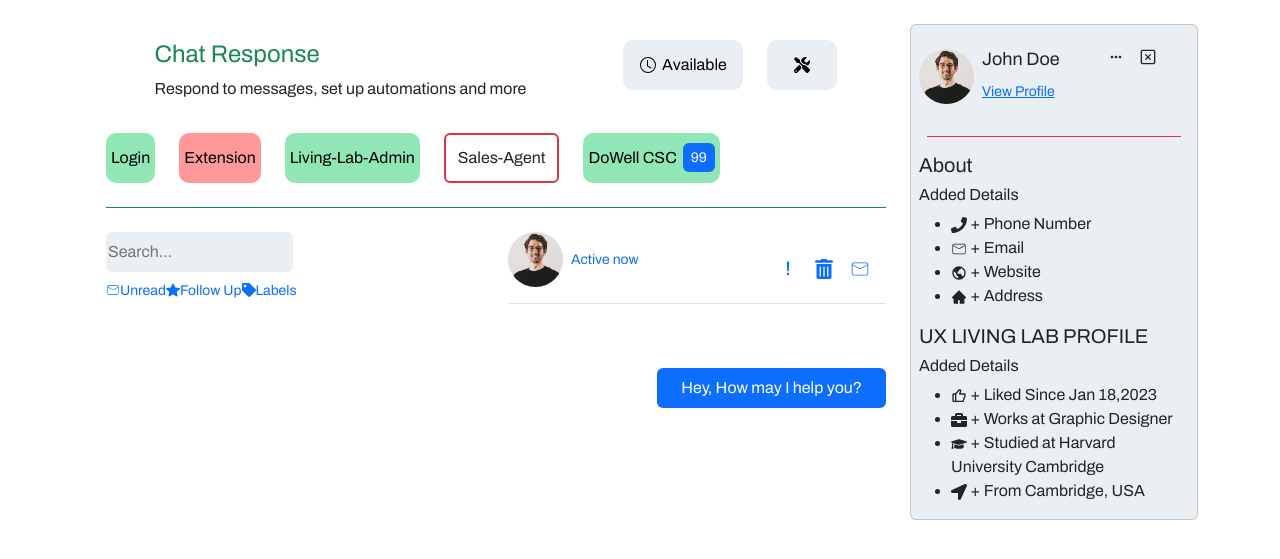
Repository: uh-sman/UX-Living-Lab-Chat
Page: /
These files come from the project's save history. The page is drawn as it stood at one moment and after the next save; the edit follows.
The browser window is 1280 px wide. The pictures show the whole page.
The project was rebuilt for these pictures with package versions that can differ from the ones it lists, and the page was loaded fresh each time.

Above is the page before, as saved 2023-05-10 18:09:54.

### public/index.html
<!DOCTYPE html>
<html lang="en">
  <head>
    <meta charset="utf-8" />
    <link rel="icon" href="%PUBLIC_URL%/favicon.ico" />
    <meta name="viewport" content="width=device-width, initial-scale=1" />
    <meta name="theme-color" content="#000000" />
    <meta
      name="description"
      content="Web site created using create-react-app"
    />
    <link rel="apple-touch-icon" href="%PUBLIC_URL%/logo192.png" />
    <!--
      manifest.json provides metadata used when your web app is installed on a
      user's mobile device or desktop. See https://developers.google.com/web/fundamentals/web-app-manifest/
    -->
    <link rel="manifest" href="%PUBLIC_URL%/manifest.json" />
    <!-- font awsome CDN -->

    <link
      rel="stylesheet"
      href="https://cdn.jsdelivr.net/npm/@fortawesome/fontawesome-free@6.2.1/css/fontawesome.min.css"
      integrity="sha384-QYIZto+st3yW+o8+5OHfT6S482Zsvz2WfOzpFSXMF9zqeLcFV0/wlZpMtyFcZALm"
      crossorigin="anonymous"
    />
    <!--
      Notice the use of %PUBLIC_URL% in the tags above.
      It will be replaced with the URL of the `public` folder during the build.
      Only files inside the `public` folder can be referenced from the HTML.

      Unlike "/favicon.ico" or "favicon.ico", "%PUBLIC_URL%/favicon.ico" will
      work correctly both with client-side routing and a non-root public URL.
      Learn how to configure a non-root public URL by running `npm run build`.
    -->
    <title>React App</title>
  </head>
  <body>
    <noscript>You need to enable JavaScript to run this app.</noscript>
    <div id="root"></div>
    <!--
      This HTML file is a template.
      If you open it directly in the browser, you will see an empty page.

      You can add webfonts, meta tags, or analytics to this file.
      The build step will place the bundled scripts into the <body> tag.

      To begin the development, run `npm start` or `yarn start`.
      To create a production bundle, use `npm run build` or `yarn build`.
    -->
  </body>
</html>

### src/index.css
* {
  text-decoration: none;
}

### src/App.js
import "./App.css";
import "bootstrap/dist/css/bootstrap.min.css";
import "bootstrap/dist/js/bootstrap.bundle.min";
import Container from "./container";
function App() {
  return (
    <div className="App">
      <Container />
    </div>
  );
}

export default App;

### src/App.css
@import url("https://fonts.googleapis.com/css2?family=Archivo&display=swap");
:root {
  --header-color: #0d7813;
  /* --button-color :#00000;
  --button-color :#90E7B5; */
  --bg-color: #e9eff3;
  /* #90E7B5 */

  --font: "Archivo", sans-serif;
}

* {
  text-decoration: none;
  /* list-style: none; */
  font-family: "Archivo", sans-serif;
}

.body {
  font-family: "Archivo", sans-serif;
}
.header {
  color: var(--header-color);
  font-family: "Archivo", sans-serif;
}
.button {
  display: flex;
  align-items: center;
  background: var(--bg-color);
  justify-content: center;
  height: 50px;
  width: 120px;
  gap: 6px;
  border: none;
  border-radius: 10px;
}
.button2 {
  display: flex;
  align-items: center;
  background: var(--bg-color);
  justify-content: center;
  height: 50px;
  width: 70px;
  gap: 6px;
  border: none;
  border-radius: 10px;
}
.button3 {
  display: flex;
  align-items: center;
  background: #90e7b5;
  justify-content: center;
  height: 50px;
  max-width: contain;
  padding: 0px 5px;
  gap: 6px;
  border: none;
  border-radius: 10px;
}
.button4 {
  display: flex;
  align-items: center;
  background: #ff9898;
  justify-content: center;
  height: 50px;
  max-width: contain;
  padding: 0px 5px;
  gap: 6px;
  border: none;
  border-radius: 10px;
}
.image-style {
  width: 55px;
  height: 55px;
  border-radius: 500px;
}
.cardBody {
  background-color: var(--bg-color);
}
.input {
  border: var(--bg-color);
  /* align-items: ; */
  outline: none;
  background: var(--bg-color);
}

### src/container/index.js
import React from "react";
import ChatSection from "./ChatSection";
import DetailsSection from "./DetailsSection";
const Container = () => {
  return (
    <div className="container">
      <div className="d-flex justify-content-around my-4">
        <ChatSection />
        <DetailsSection />
      </div>
    </div>
  );
};

export default Container;

### src/container/ChatSection.js
import React from "react";
import ChatHeader from "./ChatItems/ChatHeader";
import ProfileHead from "./Chats/message/ProfileHead";
import SearchBar from "./Chats/SearchBar";

const ChatSection = () => {
  return (
    <div className="container">
      <ChatHeader />
      {/* chats come here */}
      <div className="d-flex my-2">
        <SearchBar />
        <ProfileHead />
      </div>
    </div>
  );
};

export default ChatSection;

### src/container/DetailsSection.jsx
import React from "react";
import user from "../assets/user.jpg";
import AboutDetails from "./Details/AboutDetails";
import DetailsSectionButton from "./DetailsSectionButton";
const DetailsSection = ({ title, about }) => {
  return (
    <div>
      <div
        className="card"
        style={{ width: "18rem", backgroundColor: "#e9eff3" }}
      >
        <div className="mx-2">
          <div className="d-flex gap-5 mt-4 ">
            <figure className="d-flex gap-2">
              <img src={user} className=" image-style" />
              <div className="">
                <h4 className="body fw-bold" style={{ fontSize: "18px" }}>
                  {title}
                </h4>
                <a href="" className="fw-bold" style={{ fontSize: "14px" }}>
                  View Profile
                </a>
              </div>
            </figure>
            <DetailsSectionButton />
          </div>
          <div className="border-bottom border-danger mx-2 my-3"></div>
          <div className=""></div>
          {/* DETAILS */}
          <AboutDetails />
        </div>
      </div>
    </div>
  );
};
DetailsSection.defaultProps = {
  title: "John Doe",
  about: "About",
};

export default DetailsSection;

### src/container/ChatItems/ChatHeader.jsx
import React from "react";
import Buttons from "./Buttons";
import HeaderButtons from "./HeaderButtons";

const ChatHeader = ({ title, caption }) => {
  return (
    <div className="container">
      <div className=" d-flex justify-content-around my-3">
        <header>
          <h1 className="header fs-4 fw-bold text-success">{title}</h1>
          <p className="fw-medium  Header-font">{caption}</p>
        </header>
        <HeaderButtons />
      </div>
      <Buttons />
      <div className="border-bottom border-success my-4"></div>
    </div>
  );
};

export default ChatHeader;
ChatHeader.defaultProps = {
  title: "Chat Response",
  caption: "Respond to messages, set up automations and more",
};

### src/container/Chats/message/ProfileHead.jsx
import React from "react";
import { FaTrashAlt } from "react-icons/fa";
import user from "../../../assets/user.jpg";
import ChatIcons from "./ChatIcons";
import Message from "./Message";
const ProfileHead = () => {
  return (
    <div className="container overflow-y-scroll">
      <div className="d-flex justify-content-between  align-items-center border-bottom">
        <figure className="d-flex gap-2 align-items-center">
          <img src={user} className=" image-style" />
          <div className="">
            {/* Status active now if true show active */}
            <small className="text-primary">Active now</small>
          </div>
        </figure>
        <ChatIcons />
      </div>
      <Message />
    </div>
  );
};

export default ProfileHead;

### src/container/Chats/SearchBar.jsx
import React from "react";
import { FaSearch } from "react-icons/fa";
import Icons from "./Icons";
// BsStarFill;
const SearchBar = () => {
  return (
    <div className="container">
      <div className="overflow-y-scroll">
        <form>
          <input
            className="input rounded bi bi-search py-2"
            placeholder="Search..."
          />
          {/* <i className="bi bi-search"></i> */}
        </form>
        <Icons />
      </div>
    </div>
  );
};

export default SearchBar;

### src/container/Details/AboutDetails.jsx
import React from "react";
import {
  FaPhone,
  FaBriefcase,
  FaGraduationCap,
  FaLocationArrow,
} from "react-icons/fa";
import { CiMail } from "react-icons/ci";
import { BiWorld, BiLike } from "react-icons/bi";
import { AiFillHome } from "react-icons/ai";
const AboutDetails = ({ title, ux }) => {
  const data = [
    {
      phone: "Phone Number",
      email: "Email",
      web: "Website",
    },
  ];
  return (
    <div>
      <div className="">
        <h5>{title}</h5>
        <main>
          <h6>Added Details</h6>
          <div className="">
            <ul>
              <li>
                <FaPhone /> + Phone Number
              </li>
              <li>
                <CiMail /> + Email
              </li>
              <li>
                <BiWorld /> + Website
              </li>
              <li>
                <AiFillHome /> + Address
              </li>
            </ul>
          </div>
        </main>
      </div>
      <div className="">
        <h5>{ux}</h5>
        <main>
          <h6>Added Details</h6>
          <div className="">
            <ul>
              <li>
                <BiLike /> + Liked Since Jan 18,2023
                {/* date from the api */}
              </li>
              <li>
                <FaBriefcase /> + Works at Graphic Designer
              </li>
              <li>
                <FaGraduationCap /> + Studied at Harvard University Cambridge
                {/* Place of work from the api */}
              </li>
              <li>
                <FaLocationArrow /> + From Cambridge, USA
              </li>
            </ul>
          </div>
        </main>
      </div>
    </div>
  );
};

export default AboutDetails;

AboutDetails.defaultProps = {
  title: "About",
  ux: "UX LIVING LAB PROFILE",
};

### src/container/DetailsSectionButton.jsx
import React from "react";
import { MdOutlineMoreHoriz } from "react-icons/md";
import { CgCloseR } from "react-icons/cg";
const DetailsSectionButton = () => {
  return (
    <div>
      <div className="d-flex gap-3">
        <MdOutlineMoreHoriz />
        <CgCloseR />
      </div>
    </div>
  );
};

export default DetailsSectionButton;

### src/container/ChatItems/Buttons.jsx
import React from "react";

const Buttons = () => {
  return (
    <div className="d-flex gap-4">
      <button type="button" className="button3">
        Login
      </button>
      <button type="button" className="button4">
        Extension
      </button>
      <button type="button" className="button3">
        Living-Lab-Admin
      </button>
      <button type="button" className="btn border-danger border-2">
        Sales-Agent
      </button>
      <button type="button" className="button3">
        DoWell CSC
        <small className="bg-primary text-white px-2 py-1 rounded">
          {"99"}
        </small>
      </button>
    </div>
  );
};

export default Buttons;

### src/container/ChatItems/HeaderButtons.jsx
import React from "react";
import { BsClock } from "react-icons/bs";
import { FaTools } from "react-icons/fa";
const HeaderButtons = () => {
  return (
    <div className="d-flex gap-4">
      <button type="button" className="button">
        <BsClock className="" />
        Available
      </button>
      <button type="button" className="button2">
        <FaTools />
      </button>
    </div>
  );
};

export default HeaderButtons;

### src/container/Chats/message/ChatIcons.jsx
import React from "react";
import { FaTrashAlt } from "react-icons/fa";
import { BsExclamationLg } from "react-icons/bs";
import { CiMail } from "react-icons/ci";
const ChatIcons = () => {
  return (
    <div className="mx-3">
      <div className="d-flex gap-3">
        <small className="text-primary fs-5"></small>
        <small className="text-primary fs-5">
          <BsExclamationLg />
        </small>
        <small className="text-primary fs-5">
          <FaTrashAlt />
        </small>

        <small className="text-primary fs-5">
          <CiMail />
        </small>
      </div>
    </div>
  );
};

export default ChatIcons;

### src/container/Chats/message/Message.jsx
import React, { useState } from "react";

const Message = () => {
  const [message, setMessage] = useState(true);
  return (
    <div className="">
      <div className="d-flex justify-content-end ">
        {message ? (
          <div
            className="bg-primary text-white rounded d-flex align-items-center"
            style={{
              width: "auto",
              height: "40px",
              listStyle: "none",
              marginTop: "4rem",
            }}
          >
            <li className="mx-4 ">Hey, How may I help you? </li>
          </div>
        ) : null}
      </div>
    </div>
  );
};

export default Message;

### src/container/Chats/Icons.jsx
import React from "react";
import { CiMail } from "react-icons/ci";
import { BsStarFill } from "react-icons/bs";
import { FaTag } from "react-icons/fa";
const Icons = () => {
  return (
    <div>
      <div className="d-flex text-primary my-2">
        <small className="d-flex align-items-center">
          <CiMail /> Unread
        </small>
        <small className="d-flex align-items-center">
          <BsStarFill /> Follow Up
        </small>
        <small className="d-flex align-items-center">
          <FaTag />
          Labels
        </small>
      </div>
    </div>
  );
};

export default Icons;

Loaded but not shown: src/index.js (common file)

After the next save:
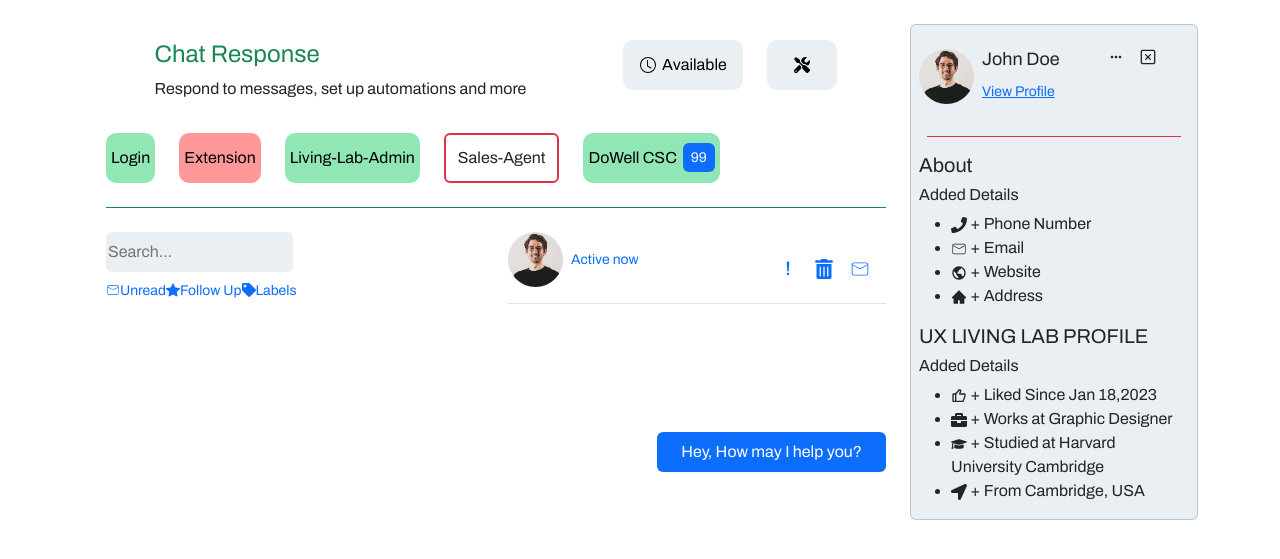
Saved 8 s later.
--- a/src/container/Chats/message/Message.jsx
+++ b/src/container/Chats/message/Message.jsx
@@ -12,7 +12,7 @@ const Message = () => {
               width: "auto",
               height: "40px",
               listStyle: "none",
-              marginTop: "4rem",
+              marginTop: "8rem",
             }}
           >
             <li className="mx-4 ">Hey, How may I help you? </li>
